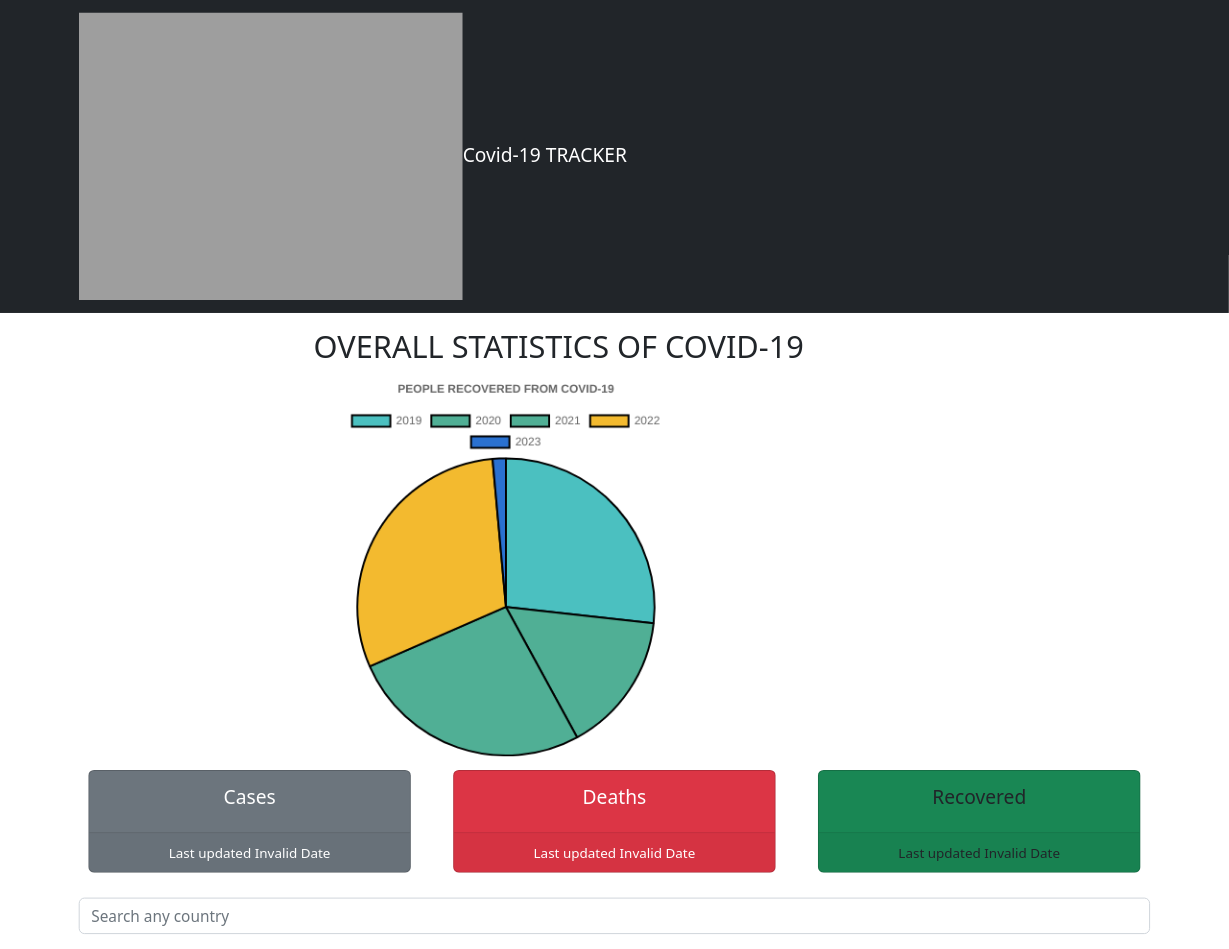
Repository: azizdeghais/CovidTracker
Page: /
These files come from the project's save history. The page is drawn as it stood at one moment and after the next save; the edit follows.
The browser window is 1280 px wide. The pictures show the whole page, at 96% of full size.
Pictures or frames that could not be fetched are drawn as grey boxes. The page's requests for data from a server got no answer. The project was rebuilt for these pictures with package versions that can differ from the ones it lists, and the page was loaded fresh each time. No one was signed in, and anything a server would have sent is missing. Also part of the build but not shown: vite.config.js.

Above is the page before, as saved 2023-03-10 17:37:51.

### index.html
<!DOCTYPE html>
<html lang="en">
  <head>
    <meta charset="UTF-8" />
    <link rel="icon" type="image/svg+xml" href="/vite.svg" />
    <meta name="viewport" content="width=device-width, initial-scale=1.0" />
    <title>Covid-19 Tracker</title>

  </head>
  <body>
    <div id="root"></div>
    <script type="module" src="/src/main.jsx"></script>
  </body>
</html>

### src/main.jsx
import React from 'react'
import ReactDOM from 'react-dom/client'
import App from './App'
import 'bootstrap/dist/css/bootstrap.min.css';


ReactDOM.createRoot(document.getElementById('root')).render(
  <React.StrictMode>
    <App />
  </React.StrictMode>,
)

### src/App.jsx
import React, { useEffect,useState } from 'react'

import Chart from "chart.js/auto";
import { CategoryScale } from "chart.js";
import PieChart from './components/PieChart';
import { Data } from './utils/Data';


import axios from 'axios'
import Container from 'react-bootstrap/Container';
import Row from 'react-bootstrap/Row';
import Col from 'react-bootstrap/Col';
import Card from 'react-bootstrap/Card';
import Stack from 'react-bootstrap/Stack';
import Form from 'react-bootstrap/Form';



import './App.css'
import Nav from './components/Nav';



Chart.register(CategoryScale);


function App() {

  const [chartData, setChartData] = useState({
    labels: Data.map((data) => data.year),
    datasets: [
      {
        label: "Users Gained ",
        data: Data.map((data) => data.userGain),
        backgroundColor: [
          "rgba(75,192,192,1)",
          "#50AF95",
          "#50AF95",
          "#f3ba2f",
          "#2a71d0"
        ],
        borderColor: "black",
        borderWidth: 2
      }
    ]
  })
  const [latest,setLatest]=useState([])
  const [results,setResults]=useState([])
  const [searchCountries,setSearchCountries]=useState('')


  useEffect(()=>{
    axios.all([
      axios.get('https://corona.lmao.ninja/v3/covid-19/all'),
      axios.get('https://corona.lmao.ninja/v3/covid-19/countries')
  ])

    .then(resArr=>{
           setLatest(resArr[0].data)
           setResults(resArr[1].data)
    })
    .catch(err=>{
      console.log(err)
    })
  },[])

  const date=new Date(parseInt(latest.updated));
  const lastUpdated=date.toString();

  const filterCountries=results.filter(item=>{
    return searchCountries !== ''
     ? item.country.includes(searchCountries)
     : item
   })

   const countries = filterCountries.map((data,i)=>{
    return (
      <Card
      key={i}
      bg='light'
      text='dark'
      className='text-center'
      style={{margin:'10px'}}
      >
        <Card.Img variant='top' src={data.countryInfo.flag} />
      <Card.Body>
        <Card.Title>{data.country}</Card.Title>
        <Card.Text>Cases: {data.cases}</Card.Text>
        <Card.Text>Deaths: {data.deaths}</Card.Text>
        <Card.Text>Recovered: {data.recovered}</Card.Text>
        <Card.Text>Today's cases: {data.todayCases}</Card.Text>
        <Card.Text>Today's deaths: {data.todayDeaths}</Card.Text>
        <Card.Text>Active {data.active}</Card.Text>


      </Card.Body>

      </Card>

    )
   })




  return (
    <>
    <Nav/>
    <Container>
    <div  style={{width:'1000px',height:'400px',marginBottom:'50px',display:'flex',flexDirection:'row',justifyContent:'center'}}>
        <PieChart chartData={chartData}/>
    </div>

      <Row className='mb-3'>
        <Col>
          <Card className='text-center' bg='secondary' text='white' style={{margin:'10px'}} >
            <Card.Body>
              <Card.Title>Cases</Card.Title>
              <Card.Text>
                {latest.cases}
              </Card.Text>
            </Card.Body>
            <Card.Footer>
              <small>Last updated {lastUpdated}</small>
            </Card.Footer>
          </Card>
        </Col>
        <Col>
          <Card className='text-center' bg='danger' text='white' style={{margin:'10px'}}>
            <Card.Body>
              <Card.Title>Deaths</Card.Title>
              <Card.Text>
                {latest.deaths}
              </Card.Text>
            </Card.Body>
            <Card.Footer>
            <small>Last updated {lastUpdated}</small>

            </Card.Footer>
          </Card>
        </Col>
        <Col>
          <Card className='text-center' bg='success' style={{margin:'10px'}} >
            <Card.Body>
              <Card.Title>Recovered</Card.Title>
              <Card.Text>
               {latest.recovered}
              </Card.Text>
            </Card.Body>
            <Card.Footer>
            <small>Last updated {lastUpdated}</small>

            </Card.Footer>
          </Card>
        </Col>
      </Row>
      <Form className='mb-3'>
      <Form.Group >
        <Form.Control
         type='text'
         placeholder='Search any country'
         onChange={e=> setSearchCountries(e.target.value)} />
      </Form.Group>
      </Form>
      <div className='countries-list'>
      {countries}
      </div>


    </Container>
    </>
  )
}

export default App

### src/components/PieChart.jsx
import React from "react";
import { Pie } from "react-chartjs-2";

function PieChart({ chartData }) {
  return (
    <div className="chart-container">
      <h2 style={{ textAlign: "center" }}>OVERALL STATISTICS OF COVID-19 </h2>
      <Pie
        data={chartData}
        options={{
          plugins: {
            title: {
              display: true,
              text: "PEOPLE RECOVERED FROM COVID-19"
            }
          }
        }}
       width={600}
       height={100}
      />
    </div>
  );
}
export default PieChart;

### src/utils/Data.js
export const Data = [
    {
      id: 1,
      year: 2019,
      userGain: 80000,
      userLost: 823
    },
    {
      id: 2,
      year: 2020,
      userGain: 45677,
      userLost: 345
    },
    {
      id: 3,
      year: 2021,
      userGain: 78888,
      userLost: 555
    },
    {
      id: 4,
      year: 2022,
      userGain: 90000,
      userLost: 4555
    },
    {
      id: 5,
      year: 2023,
      userGain: 4300,
      userLost: 234
    }
  ];

### src/App.css
.countries-list{
    display:flex;
    flex-direction:row;
    width: '1000px';
    flex-wrap: wrap;
    justify-content: space-between;
}

### src/components/Nav.jsx
import React from 'react'
import Container from 'react-bootstrap/Container';
import Navbar from 'react-bootstrap/Navbar';

const Nav = () => {
  return (
    <>

    <Navbar bg="dark" variant="dark" className='mb-3'>
      <Container>
        <Navbar.Brand href="#home">
        <img src="https://img.icons8.com/color/48/null/coronavirus--v1.png"/>
          Covid-19 TRACKER
        </Navbar.Brand>
      </Container>
    </Navbar>
  </>
  )
}

export default Nav

After the next save:
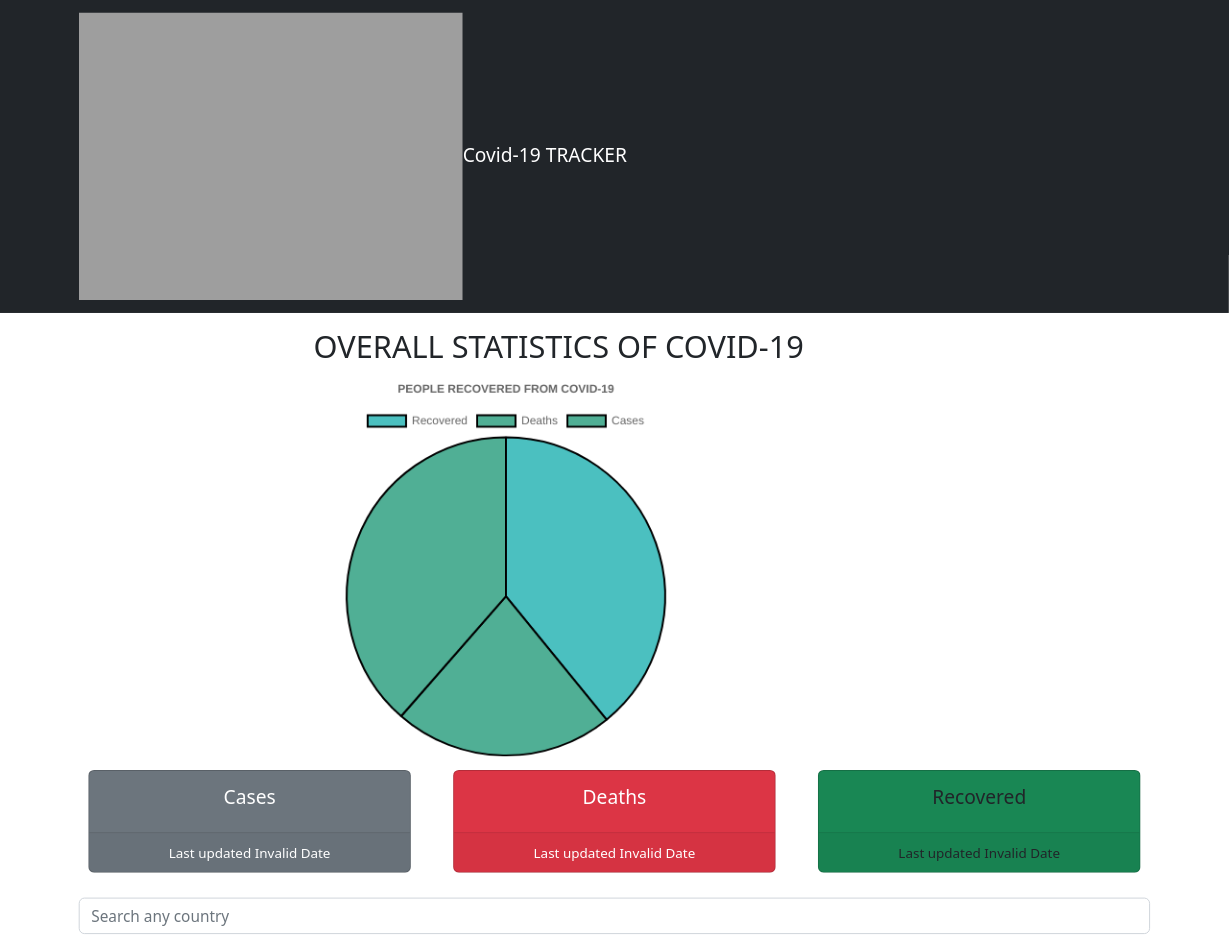
Saved 35 s later.
--- a/src/utils/Data.js
+++ b/src/utils/Data.js
@@ -1,32 +1,21 @@
 export const Data = [
     {
       id: 1,
-      year: 2019,
+      year: 'Recovered',
       userGain: 80000,
       userLost: 823
     },
     {
       id: 2,
-      year: 2020,
+      year: 'Deaths',
       userGain: 45677,
       userLost: 345
     },
     {
       id: 3,
-      year: 2021,
+      year: 'Cases',
       userGain: 78888,
       userLost: 555
     },
-    {
-      id: 4,
-      year: 2022,
-      userGain: 90000,
-      userLost: 4555
-    },
-    {
-      id: 5,
-      year: 2023,
-      userGain: 4300,
-      userLost: 234
-    }
+
   ];
